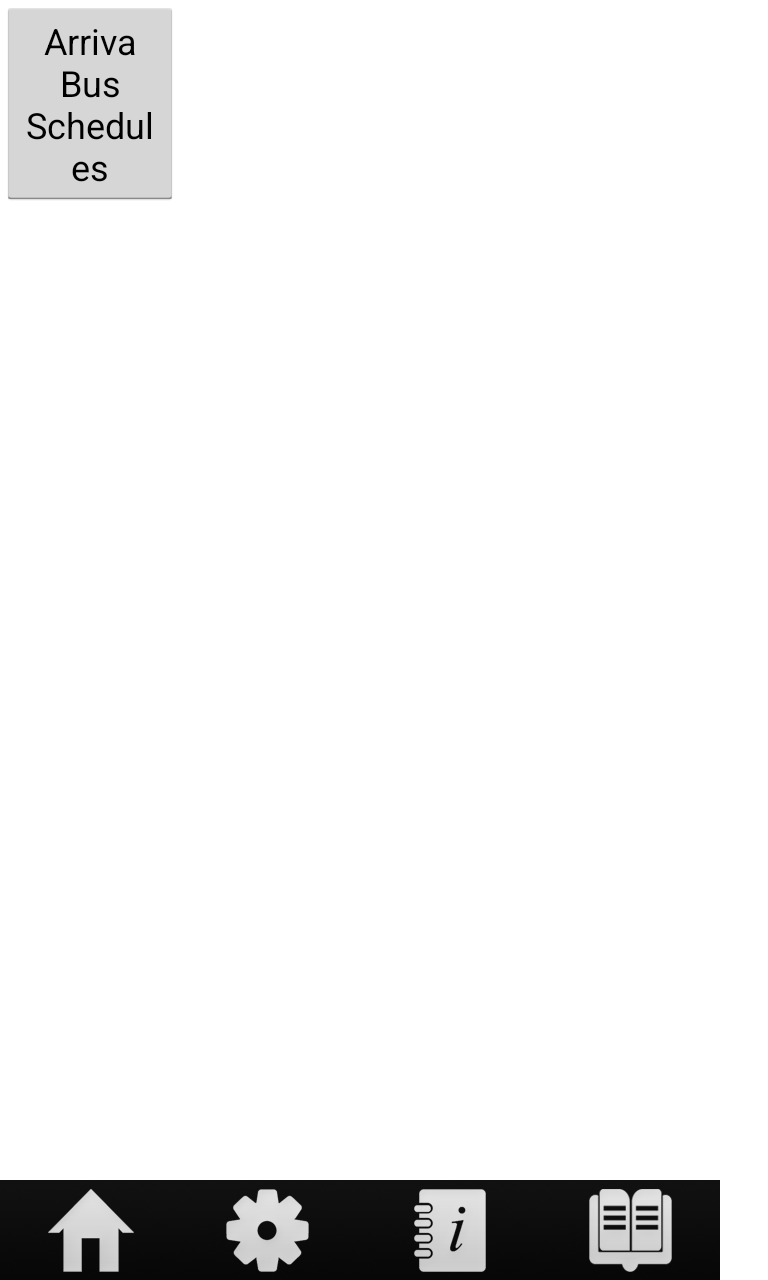
Repository: jo3bolton/PIKJEJ
Layout: PIKJEJ v7/PIKJEJ/res/layout/activity_alt_travel.xml
The author's editor kept a copy of each file at every save. The layout is drawn from the files as they stood at one save, then again after the next save.
It is drawn on a 768 x 1280 px phone screen (xhdpi) without system bars, with theme AppTheme; the app's code is not run.

Above is the layout before, as saved 2013-03-23 14:46:22.

After the next save:
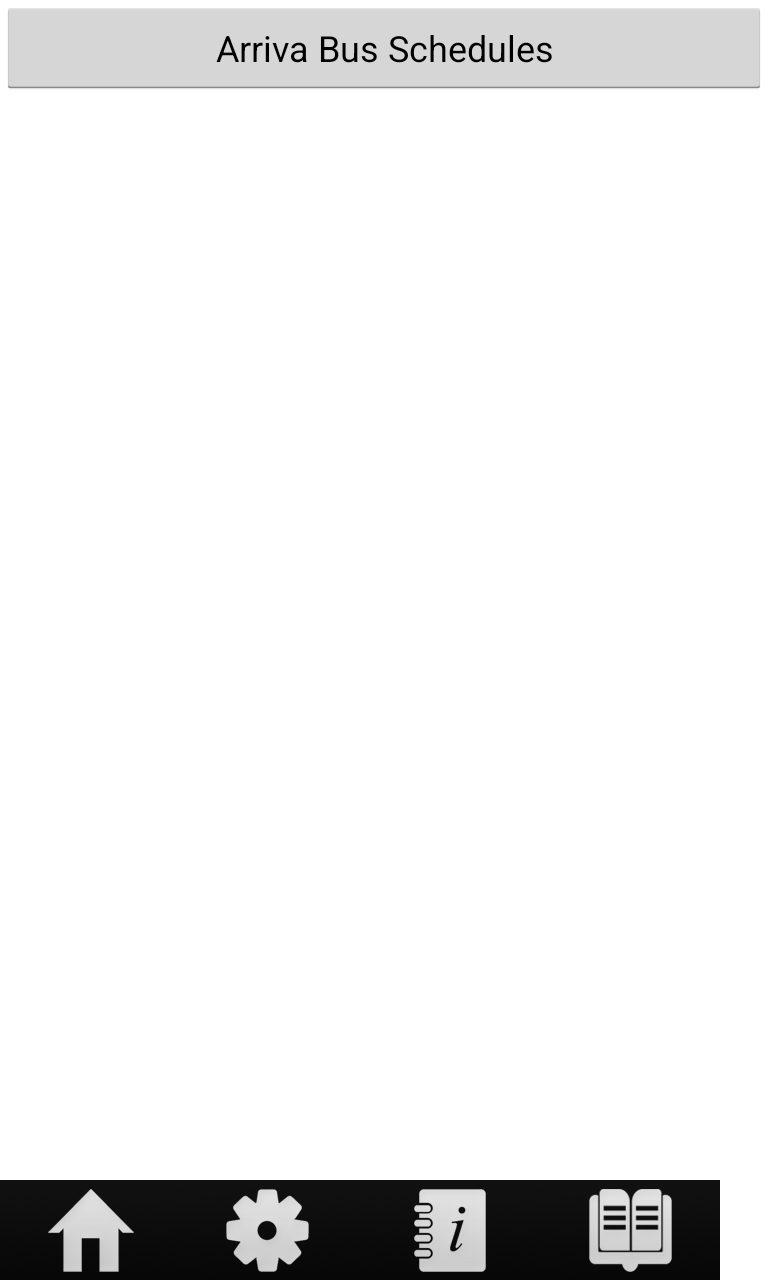
Saved 12 s later.
--- a/PIKJEJ v7/PIKJEJ/res/layout/activity_alt_travel.xml
+++ b/PIKJEJ v7/PIKJEJ/res/layout/activity_alt_travel.xml
@@ -60,8 +60,9 @@
 	    android:id="@+id/arrivaButton1"
 	    android:layout_width="wrap_content"
 	    android:layout_height="wrap_content"
+	    android:layout_alignParentLeft="true"
+	    android:layout_alignParentRight="true"
 	    android:layout_alignParentTop="true"
-	    android:layout_toLeftOf="@+id/settings"
 	    android:contentDescription="@string/alt_travel_arriva"
 	    android:text="@string/alt_travel_arriva" />
 
